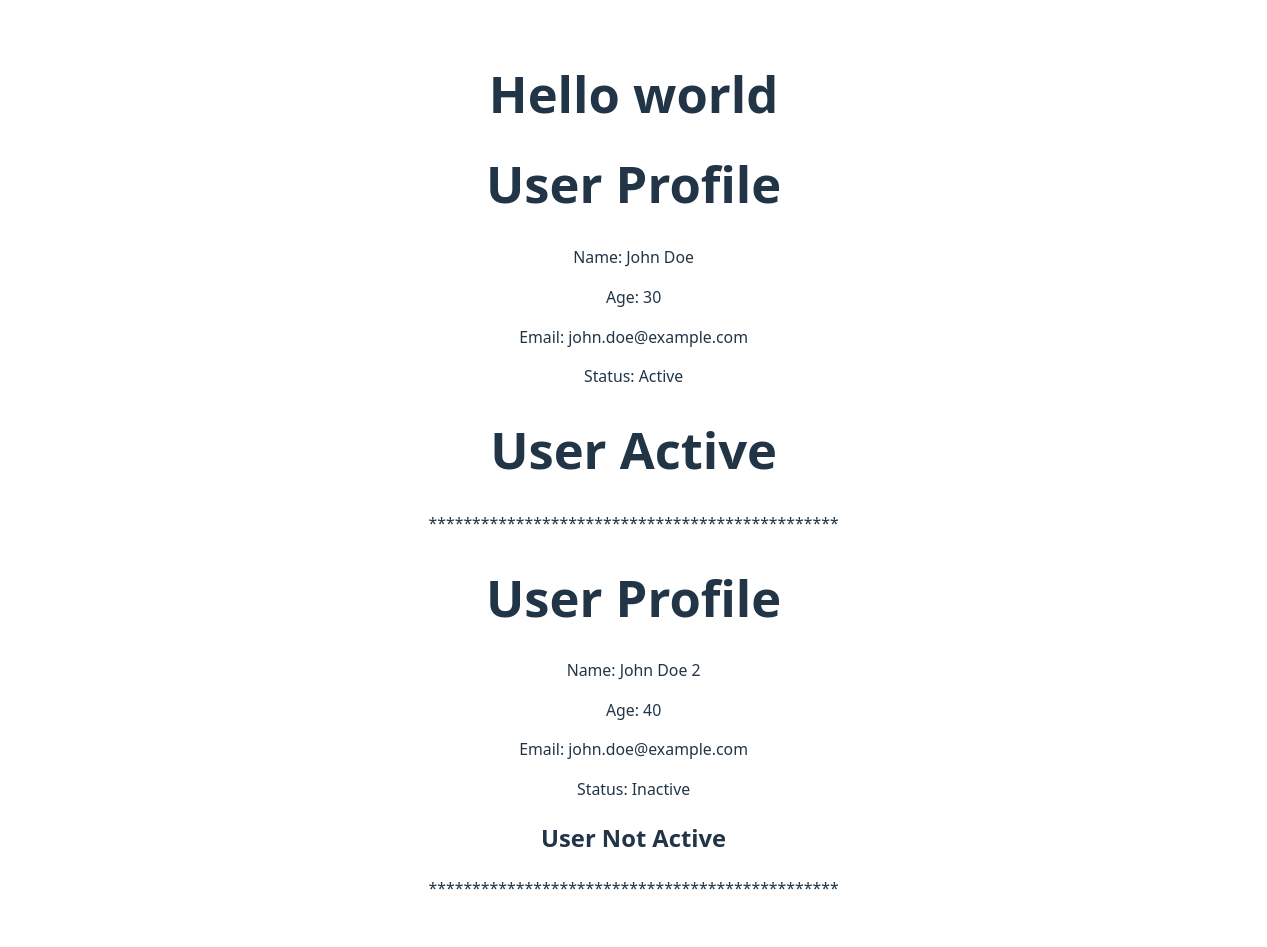
Repository: Janum4444/React-learning
Page: /
An editor plug-in stored every save of this project. The page is shown before and after the next save, followed by the edit.
The browser window is 1280 px wide. The pictures show the whole page, at 99% of full size.
The project was rebuilt for these pictures with package versions that can differ from the ones it lists, and the page was loaded fresh each time. Also part of the build but not shown: vite.config.js, src/Button.jsx, src/DynamicToaster.jsx, src/Hello.jsx.

Above is the page before, as saved 2026-02-22 12:46:51.

After the next save:
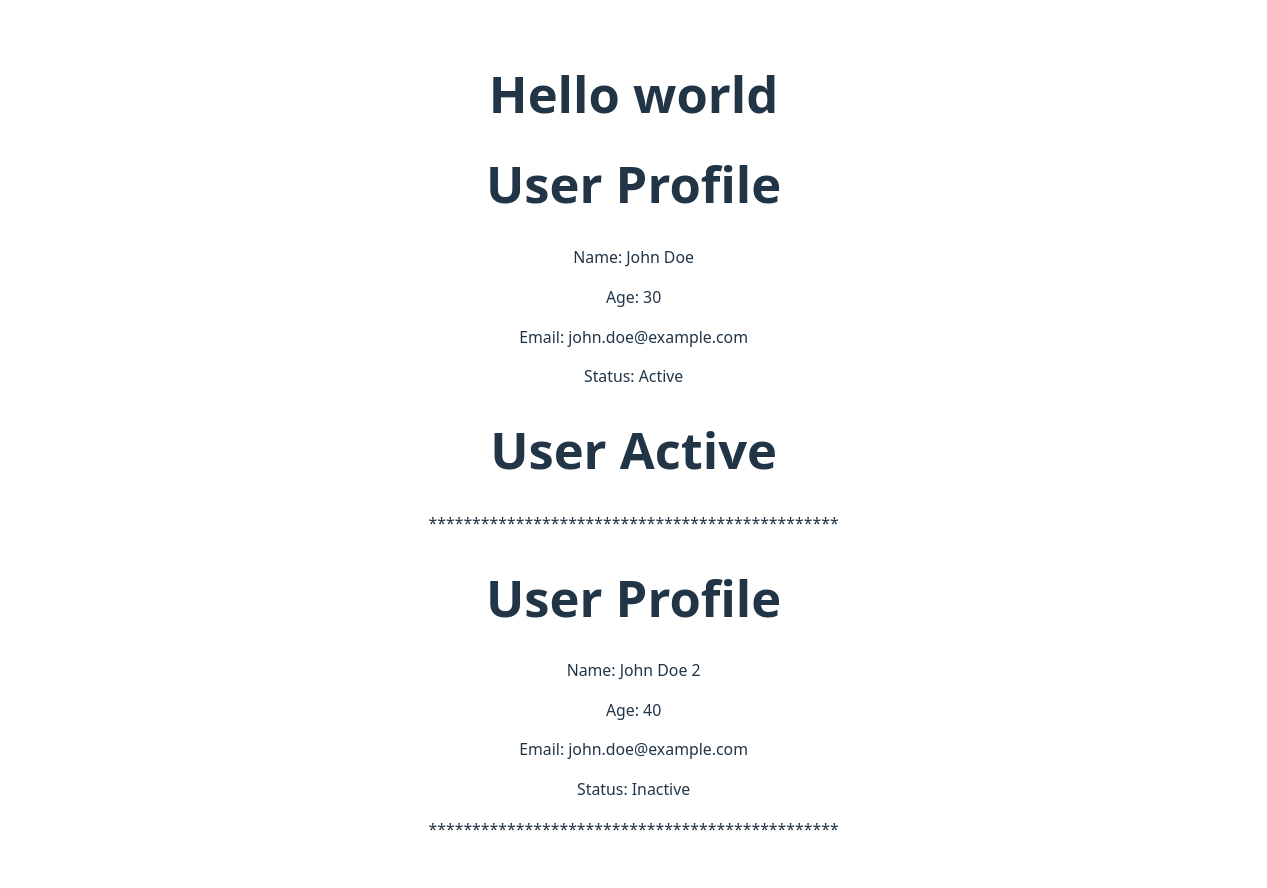
Saved 33 s later.
--- a/src/UserProfile.jsx
+++ b/src/UserProfile.jsx
@@ -2,12 +2,12 @@
 
 export const UserProfile = ({name, age, email, isActive}) => {
 
-    let userStatus = null;
-    if(isActive) {
-        userStatus = <h1>User Active</h1>
-    } else {
-        userStatus = <h2>User Not Active</h2>
-    }
+    // let userStatus = null;
+    // if(isActive) {
+    //     userStatus = <h1>User Active</h1>
+    // } else {
+    //     userStatus = <h2>User Not Active</h2>
+    // }
 
     return (
         <div>
@@ -18,7 +18,7 @@ export const UserProfile = ({name, age, email, isActive}) => {
             <p>Status: {isActive ? "Active" : "Inactive"}</p>
 
             {
-                userStatus
+                isActive && <h1>User Active</h1>
             }
 
 
